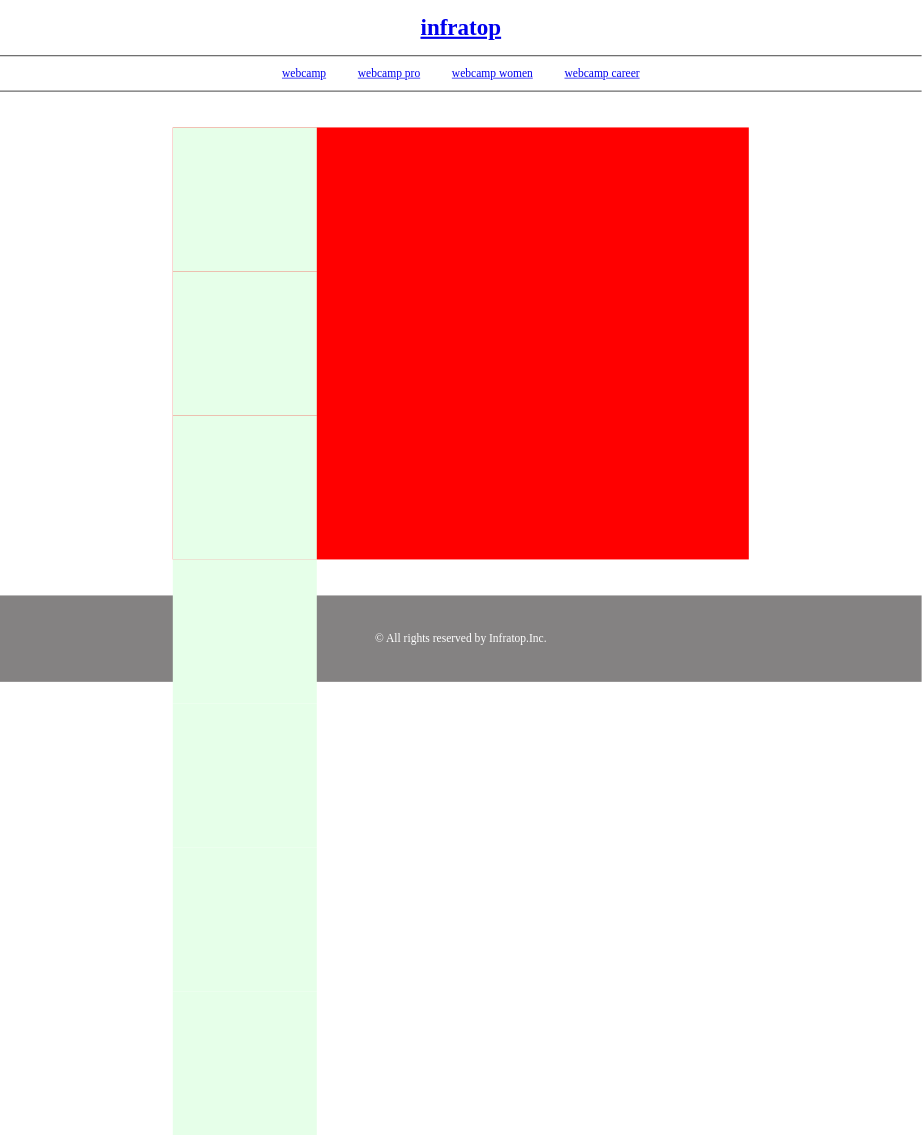
Repository: CarAll02/git-practice
Page: chapter5_exercise/index.html
The author's editor kept a record of every edit. The page is drawn from the files as they stood at one moment, then again after the next edit.
The browser window is 1280 px wide. The pictures show the whole page, at 72% of full size.

Above is the page before.

### chapter5_exercise/index.html
<!DOCTYPE html>
<html lang="ja">
  <head>
    <meta charset="UTF-8"/>
    <link rel="stylesheet" href="style.css"/>
    <title>chapter5_exercise</title>
  </head>

  <body>
    <!--header-->
    <header>
      <h1 class="heading">
        <a href="index.html">
          infratop
        </a>
      </h1>
    </header>

    <!--navigation-->
    <nav>
      <ul class="nav-list">
        <li class="nav-list-item">
          <a href="index.html">webcamp</a>
        </li>
        <li class="nav-list-item">
          <a href="index.html">webcamp pro</a>
        </li>
        <li class="nav-list-item">
          <a href="index.html">webcamp women</a>
        </li>
        <li class="nav-list-item">
          <a href="index.html">webcamp career</a>
        </li>
      </ul>
    </nav>

    <!--main用のdiv-->
    <div class="main">
      <div class="box">
        <div class="green1"></div>
        <div class="green2"></div>
        <div class="green3"></div>
        <div class="green4"></div>
        <div class="yellow1"></div>
        <div class="yellow2"></div>
        <div class="yellow3"></div>
        <div class="yellow4"></div>
        <div class="blue1"></div>
        <div class="blue2"></div>
        <div class="blue3"></div>
        <div class="blue4"></div>
      </div>
    </div>

    <!--footer-->
    <footer>
      <p class="footer-text">© All rights reserved by Infratop.Inc.</p>
    </footer>
  </body>
</html>

### chapter5_exercise/style.css
/*ブラウザがそれぞれ持っているCSSをリセットするための記述*/
* {
  margin:0;
  padding:0;
  box-sizing:border-box;
}

header{
  width:90%;
  padding:20px 0;
  margin:0 auto;
  text-align: center;
}

.nav-list{
  text-align: center;
  padding:15px 0;
  margin:0 auto;
  border:solid black;
  border-top-width: 1px;
  border-bottom-width: 1px;
  border-left-width:0px;
  border-right-width: 0px;
}

.nav-list-item{
  list-style: none;
  display: inline-block;
  margin:0 20px;
}

.main{
  width: 100%;
  height: 700px;
  display:flex;/*Flexboxの利用*/
  justify-content:center;/*子要素の横並び・中央寄せ*/
  padding:50px 0;
  margin:0 auto;/*中央寄せ（左右に余白が無いと出来ない)*/
}

.box{
  width: 800px;
  height: 600px;
  background-color: red;
}

.green1{
  width:200px;
  height: 200px;
  background-color: #e6ffe9;
}

.green2{
  width:200px;
  height: 200px;
  background-color: #e6ffe9;
}

.green3{
  width:200px;
  height: 200px;
  background-color: #e6ffe9;
}

.green4{
  width:200px;
  height: 200px;
  background-color: #e6ffe9;
}

.yellow1{
  width:200px;
  height: 200px;
  background-color: #e6ffe9;
}

.yellow2{
  width:200px;
  height: 200px;
  background-color: #e6ffe9;
}

.yellow3{
  width:200px;
  height: 200px;
  background-color: #e6ffe9;
}

.yellow1{
  width:200px;
  height: 200px;
  background-color: #e6ffe9;
}

footer{
  width:100%;
  height:120px;
  text-align: center;
  line-height: 120px;
  background-color: #848282;
}

.footer-text{
  color:#fff;
}

After the next edit:
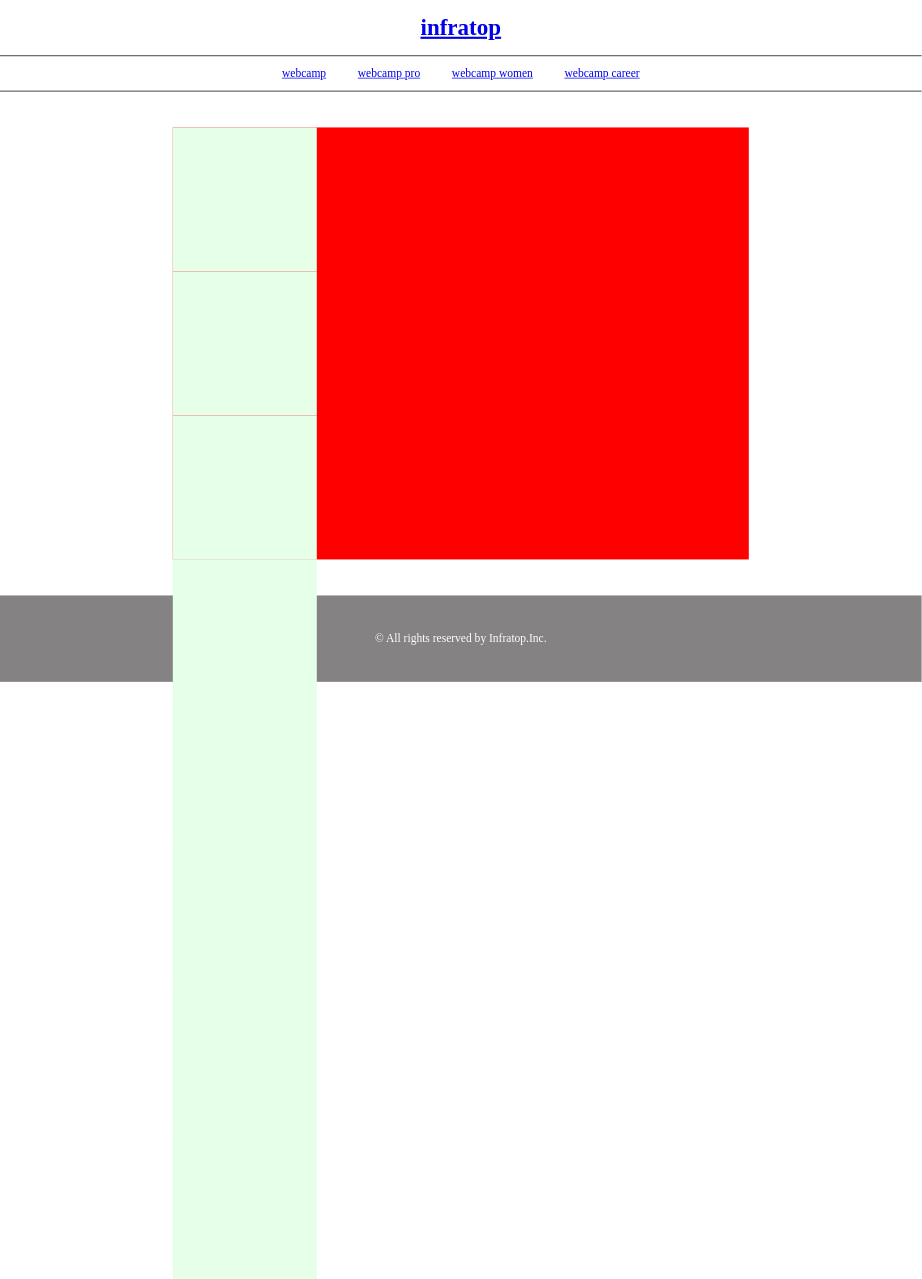
The edit:
--- a/chapter5_exercise/style.css
+++ b/chapter5_exercise/style.css
@@ -86,7 +86,7 @@
   background-color: #e6ffe9;
 }
 
-.yellow1{
+.yellow4{
   width:200px;
   height: 200px;
   background-color: #e6ffe9;
